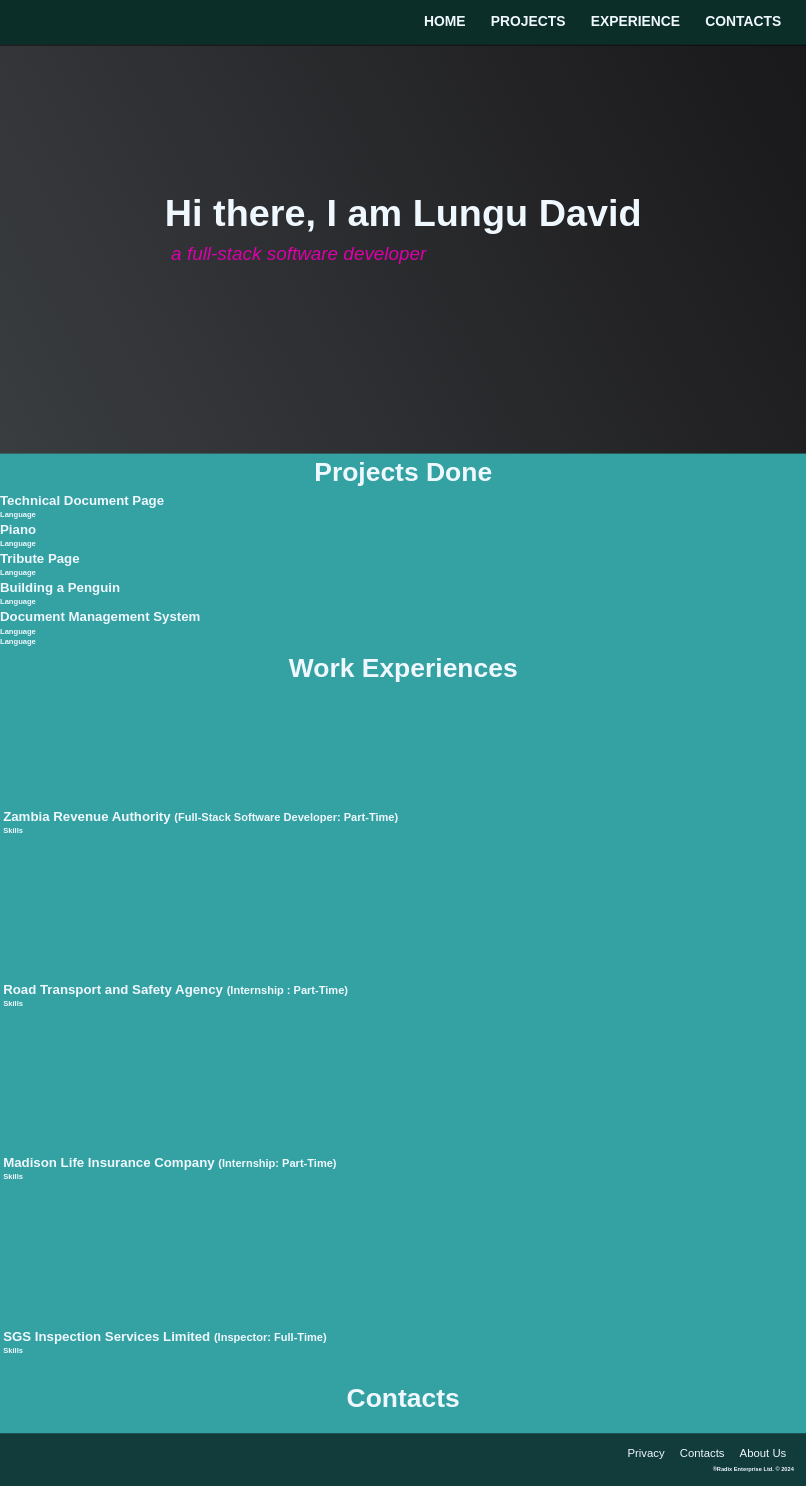
Repository: Lungdjos/personal_portifolio
Page: html/index.html
The author's editor kept a copy of each file at every save. The page is drawn from the files as they stood at one save, then again after a run of saves.
The browser window is 1280 px wide. The pictures show the whole page, at 63% of full size.

Above is the page before, as saved 2024-02-02 01:22:56.

### html/index.html
<!DOCTYPE html>
<html lang="en">

<head>
    <meta charset="UTF-8">
    <meta name="viewport" content="width=device-width, initial-scale=1.0">
    <title>Personal Portifolio</title>
    <link rel="stylesheet" href="/css/styles.css">
    <!-- <link href="https://cdn.jsdelivr.net/npm/bootstrap@5.3.2/dist/css/bootstrap.min.css" rel="stylesheet" integrity="sha384-T3c6CoIi6uLrA9TneNEoa7RxnatzjcDSCmG1MXxSR1GAsXEV/Dwwykc2MPK8M2HN" crossorigin="anonymous"> -->
</head>

<body>
    <header class="header">
        <nav id="navbar">
            <ul class="nav-list">
                <li><a href="#Home" class="nav-link"><i class=""></i>Home</a></li>
                <li>
                    <a href="#Works" class="nav-link"> <i class=""></i>Projects</a>
                </li>
                <li>
                    <a href="#Work-Experience" class="nav-link"> <i class=""></i>Experience</a>
                </li>
                <li><a href="#Contacts" class="nav-link"><i class=""></i>Contacts</a></li>
            </ul>
        </nav>
    </header>
    <main class="m-3">
        <div id="spacer"></div>
        <section class="home" id="Home">
            <div id="welcome-section">
                <h1 id="title">Hi there, I am Lungu David</h1>
                <p id="sub-title">a full-stack software developer</p>
            </div>
        </section>
        <div id="spacer"></div>
        <section class="works" id="Works">
            <h2>Projects Done</h2>
            <div class="grid">
                <div class="projects">
                    <h3>Technical Document Page</h3>
                    <h6 class="language">Language</h6>
                    <p>
                        <ul>
                            <li></li>
                        </ul>
                    </p>
                </div>
                <div class="projects">
                    <h3>Piano</h3>
                    <h6 class="language">Language</h6>
                    <p>
                        <ul>
                            <li></li>
                        </ul>
                    </p>
                </div>
                <div class="projects">
                    <h3>Tribute Page</h3>
                    <h6 class="language">Language</h6>
                    <p>
                        <ul>
                            <li></li>
                        </ul>
                    </p>
                </div>
                <div class="projects">
                    <h3>Building a Penguin</h3>
                    <h6 class="language">Language</h6>
                    <p>
                        <ul>
                            <li></li>
                        </ul>
                    </p>
                </div>
                <div class="projects">
                    <h3>Document Management System</h3>
                    <h6 class="language">Language</h6>
                    <p>
                        <ul>
                            <li></li>
                        </ul>
                    </p>
                </div>
                <div class="projects">
                    <h3></h3>
                    <h6 class="language">Language</h6>
                    <p>
                        <ul>
                            <li></li>
                        </ul>
                    </p>
                </div>
            </div>
        </section>
        <div id="spacer"></div>
        <section class="" id="Work-Experience">
            <h2>Work Experiences</h2>
            <div id="grid">
                <div id="icon"></div>
                <div class="experience">
                    <h3>Zambia Revenue Authority <small>(Full-Stack Software Developer: Part-Time)</small></h3>
                    <h6 class="skills">Skills</h6>
                    <p>
                        <ul>
                            <li></li>
                            <li></li>
                            <li></li>
                            <li></li>
                        </ul>
                    </p>
                </div>
            </div>

            <div id="grid">
                <div id="icon"></div>
                <div class="experience">
                    <h3>Road Transport and Safety Agency <small>(Internship : Part-Time)</small></h3>
                    <h6 class="skills">Skills</h6>
                    <p>
                        <ul>
                            <li></li>
                            <li></li>
                            <li></li>
                            <li></li>
                        </ul>
                    </p>
                </div>
            </div>

            <div id="grid">
                <div id="icon"></div>
                <div class="experience">
                    <h3>Madison Life Insurance Company <small>(Internship: Part-Time)</small></h3>
                    <h6 class="skills">Skills</h6>
                    <p>
                        <ul>
                            <li></li>
                            <li></li>
                            <li></li>
                            <li></li>
                        </ul>
                    </p>
                </div>
            </div>

            <div id="grid">
                <div id="icon"></div>
                <div class="experience">
                    <h3>SGS Inspection Services Limited <small>(Inspector: Full-Time)</small></h3>
                    <h6 class="skills">Skills</h6>
                    <p>
                        <ul>
                            <li></li>
                            <li></li>
                            <li></li>
                            <li></li>
                        </ul>
                    </p>
                </div>
            </div>
        </section>
        <div id="spacer"></div>
        <section class="contact" id="Contacts">
            <h2>Contacts</h2>
        </section>
    </main>
    <footer>
        <ul>
            <li><a href="">Privacy</a></li>
            <li><a href="">Contacts</a></li>
            <li><a href="">About Us</a></li>
        </ul>
        <span>&REG;Radix Enterprise Ltd. &copy; 2024</span>
    </footer>
</body>

</html>

### css/styles.css
/** STYLING FOR THE PORTIFOLIO **/


/* the root selector */

:root {
    /* colors */
    --main-col: aliceblue;
    --bc-1: #34a2a2;
    --bc-2: #0b2e28;
    --bc-3: #123b3b;
    --bc-4: #45567d;
    /* values */
}

html {
    font-size: 62.5%;
    box-sizing: border-box;
    scroll-behavior: smooth;
}

* {
    margin: 0;
    padding: 0;
}


/* box-sizing and font sizing */

*,
*::before,
*::after {
    box-sizing: inherit;
}


/* body styling */

body {
    font-family: 'Poppins', sans-serif;
    font-size: 1.8rem;
    font-weight: 400;
    line-height: 1.4;
    color: var(--main-col);
    background-color: var(--bc-1);
}


/* headings styling */

h1,
h2 {
    font-family: 'Raleway', sans-serif;
    font-weight: 600;
    text-align: center;
}

h1 {
    font-size: 6rem;
}

h2 {
    font-size: 4.2rem;
}


/* List and anchor styling */

ul {
    list-style: none;
}

a {
    color: var(--main-col);
    text-decoration: none;
}

img {
    display: block;
    width: 100%;
}


/* nav bar styling */

nav {
    font-weight: 600;
}

.header {
    display: flex;
    justify-content: flex-end;
    position: fixed;
    top: 0;
    left: 0;
    width: 100%;
    box-shadow: 0 2px 0 rgba(0, 0, 0, 0.4);
    z-index: 10;
    background-color: var(--bc-2);
}

nav>ul {
    display: flex;
    margin-right: 2rem;
    text-transform: uppercase;
}

.nav-list a {
    display: block;
    font-size: 2.2rem;
    padding: 2rem;
}

.nav-list a:hover {
    background: var(--bc-4);
}


/* body tyling */

#spacer {
    max-width: 1000px;
    width: 100%;
    margin: 0 auto;
}

main>li {
    list-style-type: disc;
}


/* Styling or the Home Page */

.home {
    width: 100%;
    height: 100vh;
    display: flex;
    flex-direction: column;
    justify-content: center;
    align-items: center;
    background: inherit;
    background-image: linear-gradient(62deg, #3a3d40 0%, #181719 100%);
}

#welcome-section>p {
    font-size: 3rem;
    font-weight: 200;
    font-style: italic;
    color: #d0a;
}

#title {
    transform-origin: center;
    animation: rotateAndChangeColor 4s;
}

#sub-title {
    text-indent: 10px;
}


/* Work Experience */

#Work-Experience {
    margin-top: 5px;
}

#Work-Experience #icon {
    display: flex;
    flex-direction: column;
    justify-content: center;
    height: 150px;
    width: 20vw;
}

#Work-Experience .experience {
    display: flex;
    flex-direction: column;
    justify-content: center;
    height: 125px;
    width: 80vw;
    padding: 5px;
}


/* footer styling */

footer {
    margin-top: 25px;
    padding: 20px;
    width: 100%;
    background-color: var(--bc-3);
}

footer>ul {
    display: flex;
    justify-content: flex-end;
}

footer>ul>li {
    padding: 0 12px;
}

footer>span {
    display: flex;
    justify-content: flex-end;
    margin-top: 6px;
    font-size: .9rem;
    font-weight: bold;
}


/* ANIMATIONS AND EFFECTS */

@keyframes rotateAndChangeColor {
    0% {
        transform: rotate(0deg);
        color: #333;
    }
    100% {
        transform: rotate(360deg);
        color: #ff6347;
        /* Change to the desired color */
    }
}


/* STYLING FOR SMALL DEVICES */


/* 1200px / 16px = 75em */

@media (max-width: 75em) {
    html {
        font-size: 60%;
    }
}


/* 980px / 16px = 61.25em */

@media (max-width: 61.25em) {
    html {
        font-size: 58%;
    }
}


/* 460px / 16px = 28.75em */

@media (max-width: 28.75em) {
    html {
        font-size: 55%;
    }
}


/* nav bar media queries */

@media (max-width: 28.75em) {
    #navbar {
        justify-content: center;
    }
    .nav-list {
        margin: 0 1rem;
    }
}

After the next 4 saves:
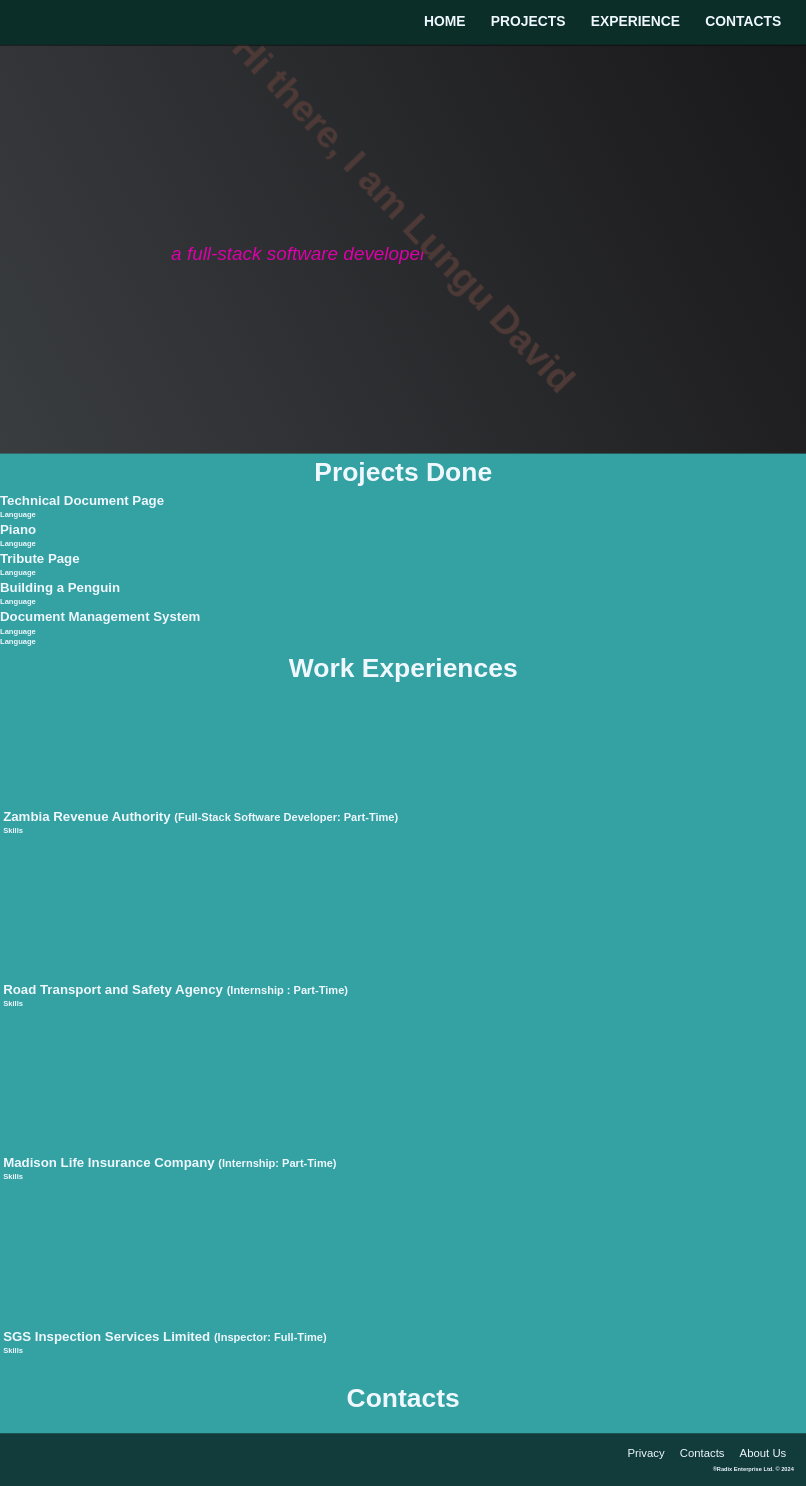
The 4 saves are shown as one change because they came seconds apart.
The last was saved 17 s later.
--- a/css/styles.css
+++ b/css/styles.css
@@ -151,7 +151,7 @@ main>li {
 
 #title {
     transform-origin: center;
-    animation: rotateAndChangeColor 4s;
+    animation: rotateAndChangeColor 4s infinite ease-in-out;
 }
 
 #sub-title {
